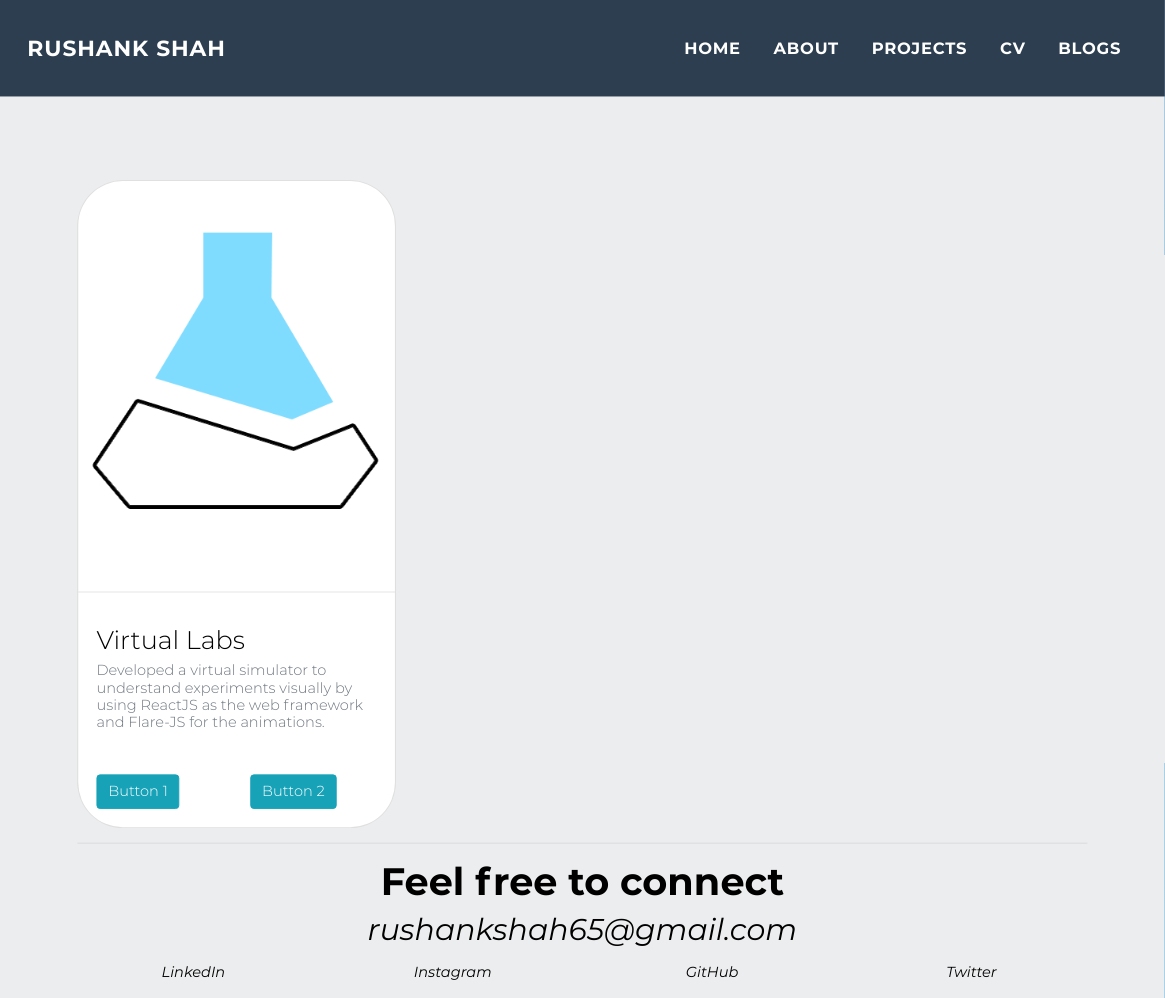
Repository: rushankshah/rushank-shah
Page: /projects
These files come from the project's save history. The page is drawn as it stood at one moment and after the next save; the edit follows.
The browser window is 1280 px wide. The pictures show the whole page, at 91% of full size.
The project was rebuilt for these pictures with package versions that can differ from the ones it lists, and the page was loaded fresh each time. The framework's server and built-in components were replaced by stand-ins that run in the browser. Also part of the build but not shown: next.config.js.

Above is the page before, as saved 2020-12-02 20:12:41.

### pages/projects.js
import BaseLayout from '../components/layouts/BaseLayout'
import BasePage from '../components/BasePage'
import { Button, Card, CardBody, CardImg, CardSubtitle, CardTitle, Col, Row } from 'reactstrap'


const projects = () => {
    return (
        <BaseLayout>
            <BasePage className='projects-page'>
                <Row className='mt-5'>
                    <Col md='4'>
                        <Card className='intro' style={{ borderRadius: '50px' }}>
                            <CardImg width='25%' top src="/static/images/virtual-labs-logo.png" alt="Card image cap"></CardImg>
                            <hr></hr>
                            <CardBody>
                                <CardTitle tag='h3'>
                                    Virtual Labs
                                </CardTitle>
                                <CardSubtitle tag="h6" className="mb-2 text-muted">Developed a virtual simulator to understand experiments visually by using ReactJS as the web framework and Flare-JS for the animations.</CardSubtitle>
                                <Row className='mt-5'>
                                <Col md='6'>
                                    <Button color='info'>Button 1</Button>
                                </Col>
                                <Col md='6'>
                                    <Button color='info'>Button 2</Button>
                                </Col>
                                </Row>
                            </CardBody>
                        </Card>
                    </Col>
                </Row>
                <hr></hr>
            </BasePage>
        </BaseLayout>
    )
}

export default projects

### styles/main.scss
@import './shared/fonts';
@import './index';
@import './header';
@import './shared/colors';
@import 'about';
@import 'projects';

html, body {
    height:100%;
    width:100%;
    font-family: 'Montserrat', 'Helvetica';
  }

.self-typed{
  font-size: 31px;
  font-weight: 500;
  letter-spacing: 2px;
  color: white;
}

.absolute {
  position: absolute;
}

.base-page {
  padding-top: 150px;
  color: white;
  background-color: #ecedee;
  min-height: 100vh;

  .page-header {
    .page-header-title {
      font-weight: 700;
      color: black;
      display: inline-block;
      margin-bottom: 20px;
    }
  }
}

.social-media:hover{
  color: #dba919;
  cursor: pointer;
}

.clickable{
  cursor: pointer;
}

### components/layouts/BaseLayout.js
import React from 'react'
import Header from '../shared/Header'

const BaseLayout = (props) => {

    const { className, children } = props

    const headerType = props.headerType || 'default'

    return (
        <div className='layout-container'>
            <Header className={`port-nav-${headerType}`} />
            <main className={`cover ${className}`}>
                <div className='wrapper'>
                    {children}
                </div>
            </main>
        </div>
    )
}

export default BaseLayout

### components/BasePage.js
import React from 'react'
import { Container } from 'reactstrap'
import Footer from './shared/Footer'

export default function BasePage(props) {
    const className = props.className || ''
    const title = props.title
    return (
        <div className={`base-page ${className}`}>
            <Container>
                {props.children}
                <Footer />
            </Container>
        </div>
    )
}

### styles/shared/_fonts.scss
@font-face {
    font-family: 'Montserrat';
    src: url('/static/fonts/2.3\ Montserrat-Regular.ttf');
    font-weight: normal;
    font-style: normal;
}

@font-face {
    font-family: 'Montserrat';
    src: url('/static/fonts/2.4\ Montserrat-Bold.ttf');
    font-weight: bold;
    font-style: normal;
}

@font-face {
    font-family: 'Montserrat';
    src: url('/static/fonts/2.2\ Montserrat-Light.ttf');
    font-weight: lighter;
    font-style: normal;
}

@font-face {
    font-family: 'Montserrat';
    src: url('/static/fonts/2.1\ Montserrat-Italic.ttf');
    font-weight: normal;
    font-style: italic;
}

### styles/_index.scss
  // ---------- Index Page CSS ------------
  .cover {
    background-image: linear-gradient(45deg,#00aeef 0%,#096fb9 100%);
    overflow: hidden;
    position: relative;
  }

  .wrapper {
    min-height: 100vh;
    min-width: 100vw;
    margin-top: 0;
    position: relative;
  }

  .main-section {
    top: 150px;
    width: 100%;
    padding: 150px 0 0;
  }

  .hero-section{
    h2 {
      color: white;
      font-weight: bold;
      margin-bottom: 10px;
    }

    perspective: 1000px;
    color: white;
    width: 400px;
    position: relative;

    &-content {
      position: absolute;
      bottom: 20px;
      width: 360px;
      left: 6%;
      z-index: 1;

      &-intro {
        font-size: 17px;
      }
    }
  }

  .image {
    width: auto;
    max-width: 100%;
  }

  .hero-welcome-text > h1 {
    color: white;
    text-transform: uppercase;
    font-size: 27px;
    margin-top: 80px;
  }

  .hero-welcome-bio {
    margin-top: 20px;
    color: white;

    .fa-stack {
      font-size: 28px;
    }

    .list-inline-item {
      > a {
        color: #373737;
      }
    }
  }

  .hero-welcome-wrapper {
    justify-content: flex-end;

  }

  @media (max-width: 991px) {
    .hero-section {
      width: 341px;
      height: 445px;

      &-content {
        width: 341px;
      }
    }

    .hero-welcome-text > h1 {
      margin-top: 0px;
    }
  }

  .background-image {
    position: absolute;
    width: 1762px;
    height: 493px;
  }

  .shadow-custom {
    width: 100%;
    height: 100%;
    position: absolute;
    top: 0;
    box-shadow: -17px 13px 41px rgba(13,78,158,0.6);
    border: 2px solid #3bace5;

    .shadow-inner {
      width: 100%;
      height: 100%;
      box-shadow: -17px 13px 13px rgba(0,0,0,0.09);
    }
  }

  .shadow-custom-2 {
    border: 2px solid #f37d49;
    box-shadow: -17px 13px 41px rgba(13,78,158,0.3);
  }

  .flipper{
    transition: 1s;
    transform-style: preserve-3d;
    position: relative;
  }

  .flipper.isFlipping{
    transform: rotateY(-180deg);
  }

  .front, .back{
    backface-visibility: hidden;
    position: absolute;
    top: 0;
    left: 0;
  }

  .cover-0 {
  }

  .cover-1 {
    background-image: linear-gradient(45deg, rgb(254, 202, 83), rgb(253, 157, 97));
  }

  .front{
    transform: rotateY(0deg);
    z-index: 9999;
  }

  .back{
    transform: rotateY(180deg);
  }

### styles/_header.scss
@import './shared/colors';
  // HEADER
  .port-navbar.port-nav-base {
    width: 100%;
    z-index: 15;
    padding: 40px;

    .port-navbar {
      &-brand {
        color: white;
        font-size: 24px;
        text-transform: uppercase;
        letter-spacing: 1px;
        font-weight: bold;
      }

      &-item {
        margin-left: 10px;
        margin-right: 10px;
      }

      &-link {
        color: white;
        font-weight: bold;
        letter-spacing: 0.8px;
        font-size: 18px;
        text-transform: uppercase;

        &.active {
        color: #dba919;
        }

        &:hover, &:focus {
          color: #dba919;
        }
      }
    }
  }

  .port-navbar.port-nav-base.port-nav-default {
    padding: 30px;
    background-color: $secondary !important;
  }

  .bg-transparent.menu-open {
    background-color: #2C3E50 !important;
  }

  .bg-transparent.menu-close {
    transition: 1s;
  }

### styles/shared/_colors.scss
$main-color-blue: #0977C0;
$main-color-red: 'red';

$navbar-orange: #dba919;
$base-page-white: #ecedee;

$white: #fff !default;
$gray-100: #f8f9fa !default;
$gray-200: #e9ecef !default;
$gray-300: #dee2e6 !default;
$gray-400: #ced4da !default;
$gray-500: #adb5bd !default;
$gray-600: #868e96 !default;
$gray-700: #495057 !default;
$gray-800: #343a40 !default;
$gray-900: #212529 !default;
$black: #000 !default;

$primary: #18BC9C !default;
$secondary: #2C3E50 !default;

$blue:    #007bff !default;
$indigo:  #6610f2 !default;
$purple:  #6f42c1 !default;
$pink:    #e83e8c !default;
$red:     #dc3545 !default;
$orange:  #fd7e14 !default;
$yellow:  #ffc107 !default;
$green:   #28a745 !default;
$teal:    #0085A1 !default;
$cyan:    #17a2b8 !default;

### styles/_about.scss
@import './shared/mixins';
.about-page {
    .left-side {
      // margin-top: 10vh;

      color: black;
      text-align: left;
    }

    .fadein {
      opacity: 0;

      @include animation(fadein 2s);
      @include animation-fill-mode(forwards);
    }

    .intro{
        color: black;
        font-weight: lighter;
    }

    .title {
      @include animation-detail(0.7s);
      font-size: 42px;
      font-weight: bold;
    }

    .subtitle {
      @include animation-detail(2.2s);
      font-size: 33px;
    }

    .subsubTitle {
      @include animation-detail(3.6s);
      font-size: 18px;
    }

    @keyframes fadein {
      from { opacity: 0; }
      to   { opacity: 1; }
    }
  }

### styles/shared/_mixins.scss
// MIXINS
@mixin background-cover() {
    -webkit-background-size: cover;
    -moz-background-size: cover;
    -o-background-size: cover;
    background-size: cover;
  }

  @mixin animation($animationType) {
    -webkit-animation: $animationType; /* Safari, Chrome and Opera > 12.1 */
       -moz-animation: $animationType; /* Firefox < 16 */
        -ms-animation: $animationType; /* Internet Explorer */
         -o-animation: $animationType; /* Opera < 12.1 */
            animation: $animationType;
  }


  @mixin animation-fill-mode($animationMode) {
    -webkit-animation-fill-mode: $animationMode;  /* this makes sure that after animation is done we remain at the last keyframe value (opacity: 1)*/
    -moz-animation-fill-mode: $animationMode;
    animation-fill-mode: $animationMode;
  }


  @mixin animation-detail($detail) {
    -webkit-animation-delay: $detail;
    -moz-animation-delay: $detail;
    animation-delay: $detail;
  }

### styles/_projects.scss
@import './shared/mixins';
.projects-page {
    .left-side {
      // margin-top: 10vh;

      color: black;
      text-align: left;
    }

    .fadein {
      opacity: 0;

      @include animation(fadein 2s);
      @include animation-fill-mode(forwards);
    }

    .intro{
        color: black;
        font-weight: lighter;
    }

    .title {
      @include animation-detail(0.7s);
      font-size: 42px;
      font-weight: bold;
    }

    .subtitle {
      @include animation-detail(2.2s);
      font-size: 33px;
    }

    .subsubTitle {
      @include animation-detail(3.6s);
      font-size: 18px;
    }

    @keyframes fadein {
      from { opacity: 0; }
      to   { opacity: 1; }
    }
  }

### components/shared/Header.js
import { useState } from 'react'
import Link from 'next/link'
import Head from 'next/head'
import {
    Collapse,
    Navbar,
    NavbarToggler,
    NavbarBrand,
    Nav,
    NavItem
} from 'reactstrap';

const Header = (props) => {
    const [isOpen, setIsOpen] = useState(false);

    const toggle = () => setIsOpen(!isOpen);

    const className = props.className

    const menuOpenClass = isOpen ? 'menu-open' : 'menu-close'

    return (
        <div>
            <Head>
                <title>Rushank Shah</title>
                <link rel="icon" href="/static/images/R.jpg" />
                <link href="https://cdn.lineicons.com/2.0/LineIcons.css" rel="stylesheet"></link>
            </Head>
            <Navbar className={`port-navbar port-nav-base absolute ${className} ${menuOpenClass}`} color="transparent" dark expand="md">
                <NavbarBrand className='port-navbar-brand'>Rushank Shah</NavbarBrand>
                <NavbarToggler onClick={toggle} />
                <Collapse isOpen={isOpen} navbar>
                    <Nav className="ml-auto" navbar>
                        <NavItem className='port-navbar-item'>
                            <Link href='/'>
                                <a className='nav-link port-navbar-link'> Home </a>
                            </Link>
                        </NavItem>
                        <NavItem className='port-navbar-item'>
                            <Link href='/about'>
                                <a className='nav-link port-navbar-link'> About </a>
                            </Link>
                        </NavItem>
                        <NavItem className='port-navbar-item'>
                            <Link href='/projects'>
                                <a className='nav-link port-navbar-link'> Projects </a>
                            </Link>
                        </NavItem>
                        <NavItem className='port-navbar-item'>
                            <Link href='/cv'>
                                <a className='nav-link port-navbar-link'> CV </a>
                            </Link>
                        </NavItem>
                        <NavItem className='port-navbar-item'>
                            <Link href='/blogs'>
                                <a className='nav-link port-navbar-link'> Blogs </a>
                            </Link>
                        </NavItem>
                    </Nav>
                </Collapse>
            </Navbar>
        </div>
    )
}

export default Header

### components/shared/Footer.js
import { Col, Row } from "reactstrap";

export default function Footer() {
    return (
        <div>
            <div className='intro'>
                <h5 className='title' style={{ textAlign: 'center', color: 'black' }}>
                    Feel free to connect
                </h5>
                <h5 className='subtitle' style={{ textAlign: 'center', color: 'black' }}>
                    <a target='_blank' style={{ color: 'black', textDecoration: 'none' }} href='mailto:rushankshah65@gmail.com'>
                        <i className="lni lni-envelope lni-lg lni-32 social-media"> rushankshah65@gmail.com</i>
                    </a>
                </h5>
                <Row className='mt-3' style={{ textAlign: 'center', color: 'black' }}>
                    <Col md='3'>
                        <div>
                            <a target='_blank' style={{ color: 'black', textDecoration: 'none' }} href='https://www.linkedin.com/in/rushank-shah-65836b1a6/'>
                                <i className="lni lni-linkedin-original lni-lg lni-32 social-media">LinkedIn</i>
                            </a>
                        </div>
                    </Col>
                    <Col md='3'>
                        <div>
                            <a target='_blank' style={{ color: 'black', textDecoration: 'none' }} href='https://www.instagram.com/rushankshah65/'>
                                <i className="lni lni-instagram lni-lg lni-32 social-media">Instagram</i>
                            </a>
                        </div>
                    </Col>
                    <Col md='3'>
                        <div>
                            <a target='_blank' style={{ color: 'black', textDecoration: 'none' }} href='https://github.com/rushankshah'>
                                <i className="lni lni-github-original lni-lg lni-32 social-media">GitHub</i>
                            </a>
                        </div>
                    </Col>
                    <Col md='3'>
                        <div>
                            <a target='_blank' style={{ color: 'black', textDecoration: 'none' }} href='https://twitter.com/ShahRushank'>
                                <i className="lni lni-twitter-original lni-lg lni-32 social-media">Twitter</i>
                            </a>
                        </div>
                    </Col>
                </Row>
                <Row className='mt-3'>
                </Row>
            </div>
        </div>
    )
}

Loaded but not shown: pages/_app.js (common file)

After the next save:
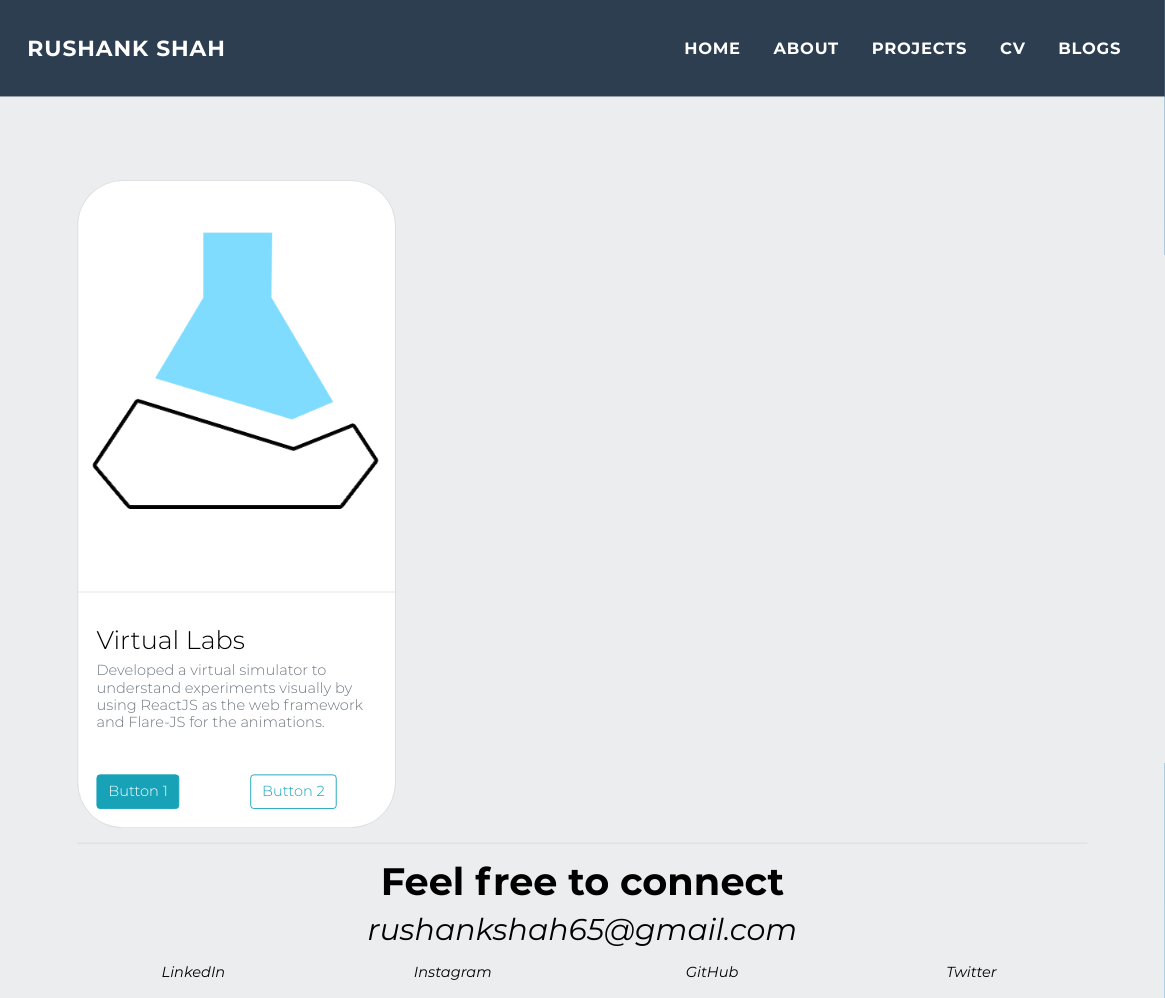
Saved 31 s later.
--- a/pages/projects.js
+++ b/pages/projects.js
@@ -22,7 +22,7 @@
                                     <Button color='info'>Button 1</Button>
                                 </Col>
                                 <Col md='6'>
-                                    <Button color='info'>Button 2</Button>
+                                    <Button outline color='info'>Button 2</Button>
                                 </Col>
                                 </Row>
                             </CardBody>
